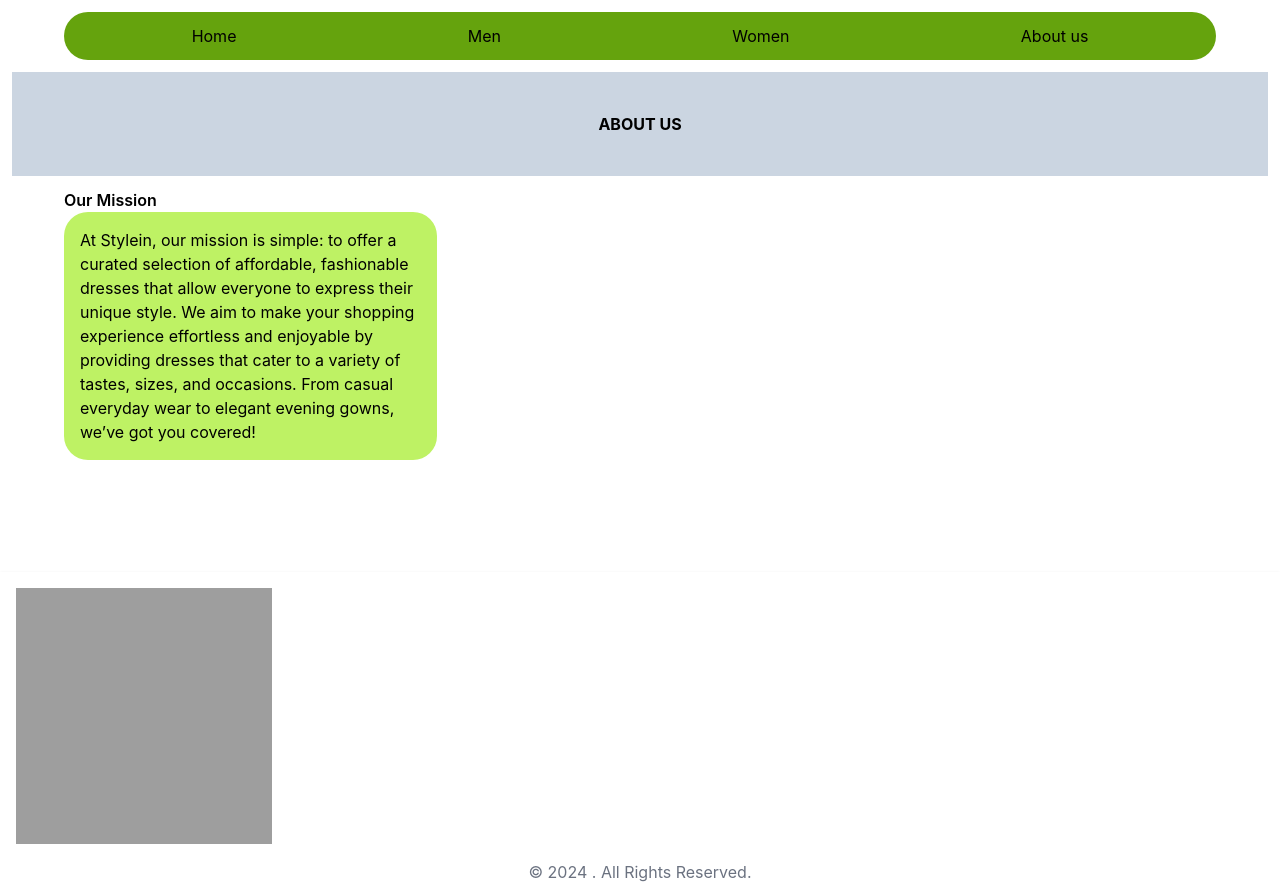
Repository: Mohankkanth/StyleIn_ShoppingSite
Page: /AboutUs
An editor plug-in stored every save of this project. The page is shown before and after a run of saves, followed by the edit.
The browser window is 1280 px wide. The pictures show the whole page.
Pictures or frames that could not be fetched are drawn as grey boxes. The project was rebuilt for these pictures with package versions that can differ from the ones it lists, and the page was loaded fresh each time. Also part of the build but not shown: vite.config.js, src/component/Home/Home.jsx, src/component/api/MenProducts.jsx, src/component/Men/Men.jsx, src/component/Women/Women.jsx, src/component/api/KidsProducts.jsx, src/component/Kids/Kids.jsx, src/component/Errorpage/Errorpage.jsx and 18 more.

Above is the page before, as saved 2024-11-23 13:59:19.

After the next 2 saves:
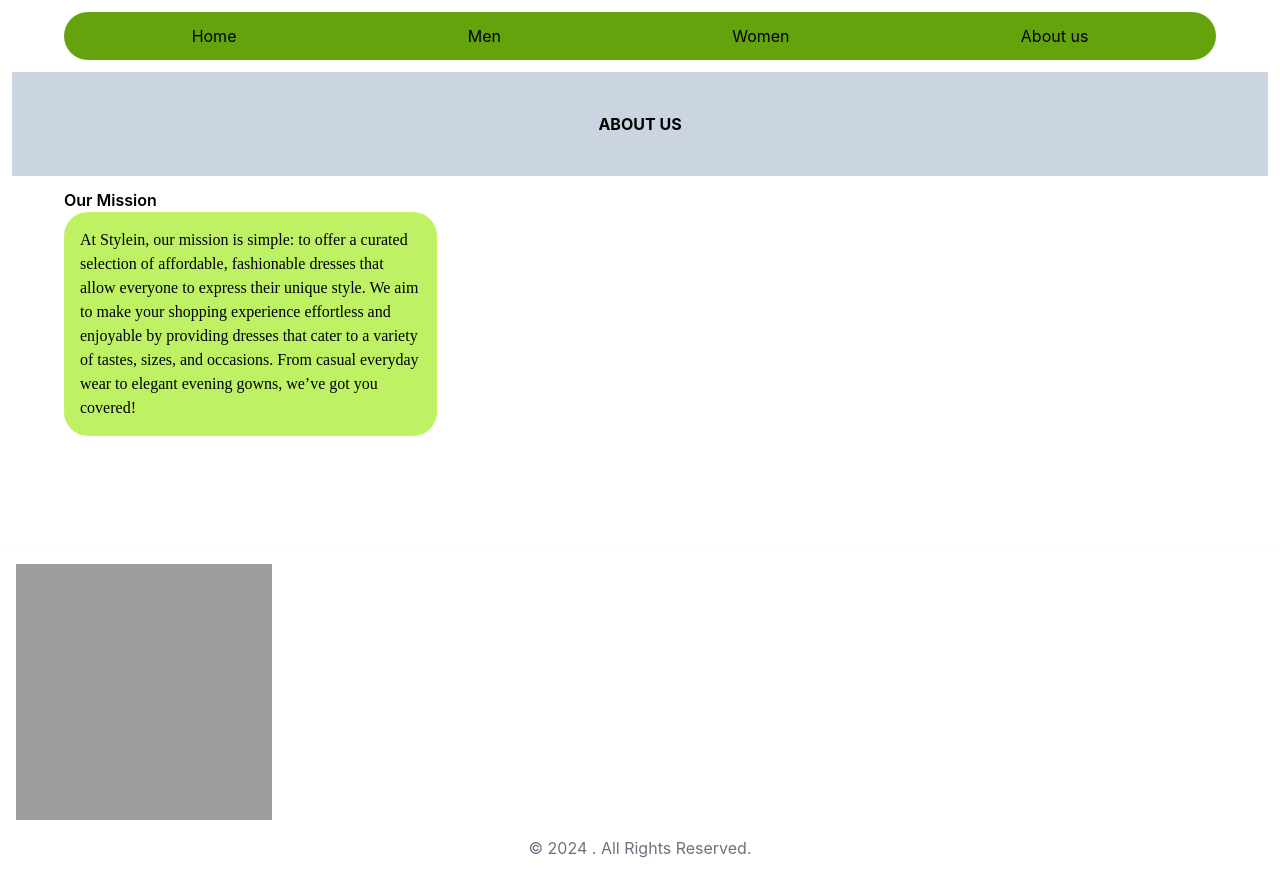
The 2 saves are shown as one change because they came seconds apart.
The last was saved 11 s later.
--- a/src/component/AboutUs/Aboutus.jsx
+++ b/src/component/AboutUs/Aboutus.jsx
@@ -10,7 +10,7 @@
                 <div className=" w-[90%]  mx-auto grid grid-cols-2 md:grid-cols-3 gap-4 ">
                     <div>
                         <p className='font-semibold text-justify '>Our Mission</p>
-                        <p className='bg-lime-300 p-4 rounded-3xl '>At Stylein, our mission is simple: to offer a curated selection of affordable, fashionable dresses that allow everyone to express their unique style. We aim to make your shopping experience effortless and enjoyable by providing dresses that cater to a variety of tastes, sizes, and occasions. From casual everyday wear to elegant evening gowns, we’ve got you covered!</p>
+                        <p className='bg-lime-300 p-4 rounded-3xl font-[Raleway]'>At Stylein, our mission is simple: to offer a curated selection of affordable, fashionable dresses that allow everyone to express their unique style. We aim to make your shopping experience effortless and enjoyable by providing dresses that cater to a variety of tastes, sizes, and occasions. From casual everyday wear to elegant evening gowns, we’ve got you covered!</p>
                     </div>
                 </div>
             </div>
